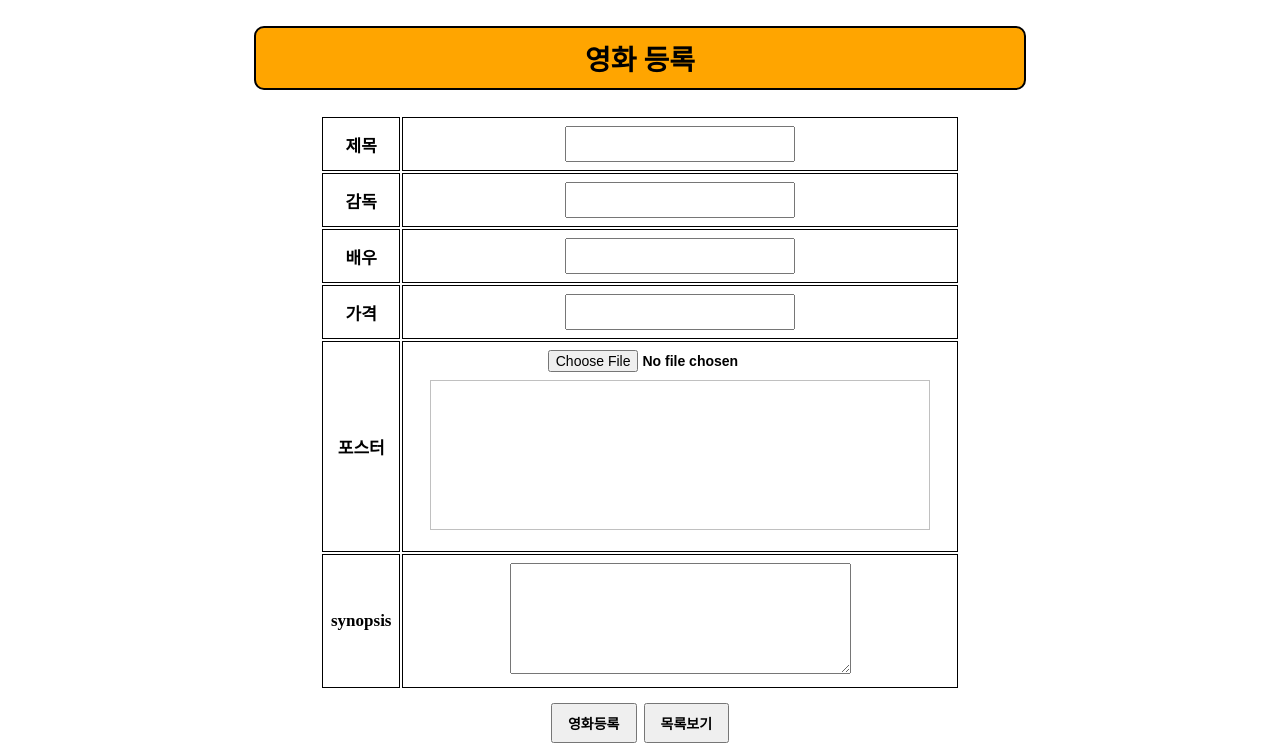
Repository: EverythingOfC/movie
Page: http://localhost/movie/movie/insert.jsp
An editor plug-in stored every save of this project. The page is shown before and after the next save, followed by the edit.
The browser window is 1280 px wide. The pictures show the whole page.
The page is served by Tomcat 9. Nobody is signed in. The application's start-up code is not run. Other server files are loaded and not shown.

Above is the page before, as saved 2023-01-03 03:19:17.

### movie/src/main/webapp/movie/insert.jsp
<%@ page language="java" contentType="text/html; charset=UTF-8"
    pageEncoding="UTF-8"%>
<%@ taglib prefix="c" uri="http://java.sun.com/jsp/jstl/core" %>
<!DOCTYPE html>
<html>
<head>
<meta charset="UTF-8">
<title>Insert title here</title>
<link rel="stylesheet" type="text/css" href="../css/movie.css">
</head>
<body>

<div class = "title">
	<h1> 영화 등록 </h1>
</div>

<div class = "insert">

<form action="ms?command=insert" method="post" enctype="multipart/form-data">
		<!--  Http의 바디부분에 데이터를 여러 부분으로 나누어서 전송함 -->

	<input type="hidden" name="id" value="${member.id }">
	<table>
		<tr>
		<th>제목</th>
		<td><input type="text" name="title"></td>
		</tr>

		<tr>
		<th>감독</th>
		<td><input type="text" name="director"></td>
		</tr>

		<tr>
		<th>배우</th>
		<td><input type="text" name="actor"></td>
		</tr>

		<tr>
		<th>가격</th>
		<td><input type="number" name="price"></td>
		</tr>

		<tr>
		<th>포스터</th>
		<td><div><input type="file" name="poster" onchange="readURL(this);" style="padding:0; text-align:center;">
		<img style="width:500px; height:150px; " id="preview"/></div></td>
		</tr>


		<tr>
		<th>synopsis</th>
		<td><textarea rows="7" cols="40" name="synopsis">

		</textarea></td>
		</tr>

	</table>

	<div class="i_button">
		<input type="submit" value="영화등록">&nbsp;
		<input type="button" onclick="location.href='ms?command=list'" value="목록보기">
	</div>
	</form>
</div>
<script>
	function readURL(input) {
	  if (input.files && input.files[0]) {
	    var reader = new FileReader();
	    reader.onload = function(e) {
	      document.getElementById('preview').src = e.target.result;
	    };
	    reader.readAsDataURL(input.files[0]);
	  } else {
	    document.getElementById('preview').src = "";
	  }
	}
</script>
</body>
</html>

### movie/src/main/webapp/css/movie.css
@charset "UTF-8";

*{
	margin: 0 auto;
}
body{
	font-size:14px;
}
img{
	border:0;
}
a{
	text-decoration:none;
	color:black;
}
a:hover{
	font-weight:bold;
}
li{
	list-style: none;
}

.title{
	margin:2vw auto;
	text-align:center;
	border:2px solid black;
	border-radius:10px;
	background:orange;
	width:60%;
	padding:10px 0;
}
.main table{
	width:80%;
}
.main td,.main th{
	padding:10px;
	border:1px solid black;
	border-collapse: collapse;
}

.insert table td{
	text-align:center;
}
.insert table td input, .i_button input, .insert table td img{
	padding:8px 15px;
	font-weight:bold;
	font-size:14px;
}
.insert table{
	width:50%;
	font-size:17px;
}
.insert td,.insert th{
	padding:8px;
	border:1px solid black;
	border-collapse: collapse;
}
.i_button{
	margin-top:1vw;
	width:50%;
	text-align:center;
}


.login table td{
	text-align:center;
}
.login table td input, .l_button input{
	padding:11px 15px;
	font-weight:bold;
	font-size:14px;
}
.login table{
	width:50%;
	font-size:17px;
}
.login td,.login th{
	padding:8px;
	border:1px solid black;
	border-collapse: collapse;
}
.l_button{
	margin-top:2vw;
	width:50%;
	text-align:center;
}



.sign table td{
	text-align:center;
}

.sign table td label{
	display:inline-block;
	padding:8px 15px;
	font-size:14px;
 }
.sign table td input, .s_button input{
	padding:8px 15px;
	font-weight:bold;
	font-size:14px;
}
.sign table{
	width:50%;
	font-size:17px;
}
.sign td,.sign th{
	padding:8px;
	border:1px solid black;
	border-collapse: collapse;
}
.s_button{
	margin-top:2vw;
	width:50%;
	text-align:center;
}


.update table td{
	text-align:center;
}
.update table td input, .u_button input, .update table td img{
	padding:8px 15px;
	font-weight:bold;
	font-size:14px;
}
.update table{
	width:50%;
	font-size:17px;
}
.update td,.update th{
	padding:8px;
	border:1px solid black;
	border-collapse: collapse;
}
.u_button{
	margin-top:1vw;
	width:50%;
	text-align:center;
}


.view table td{
	text-align:center;
}
.view table td input, .v_button input, .view table td img{
	padding:8px 15px;
	font-weight:bold;
	font-size:14px;
}
.view table{
	width:50%;
	font-size:17px;
}
.view td,.view th{
	padding:8px;
	border:1px solid black;
	border-collapse: collapse;
}
.v_button{
	margin-top:1vw;
	width:50%;
	text-align:center;
}

.page,.pagination{
	width:70%;
	margin-top:2vw;
	text-align:center;
}
.pagination{
	margin-top:3vw;
}

After the next save:
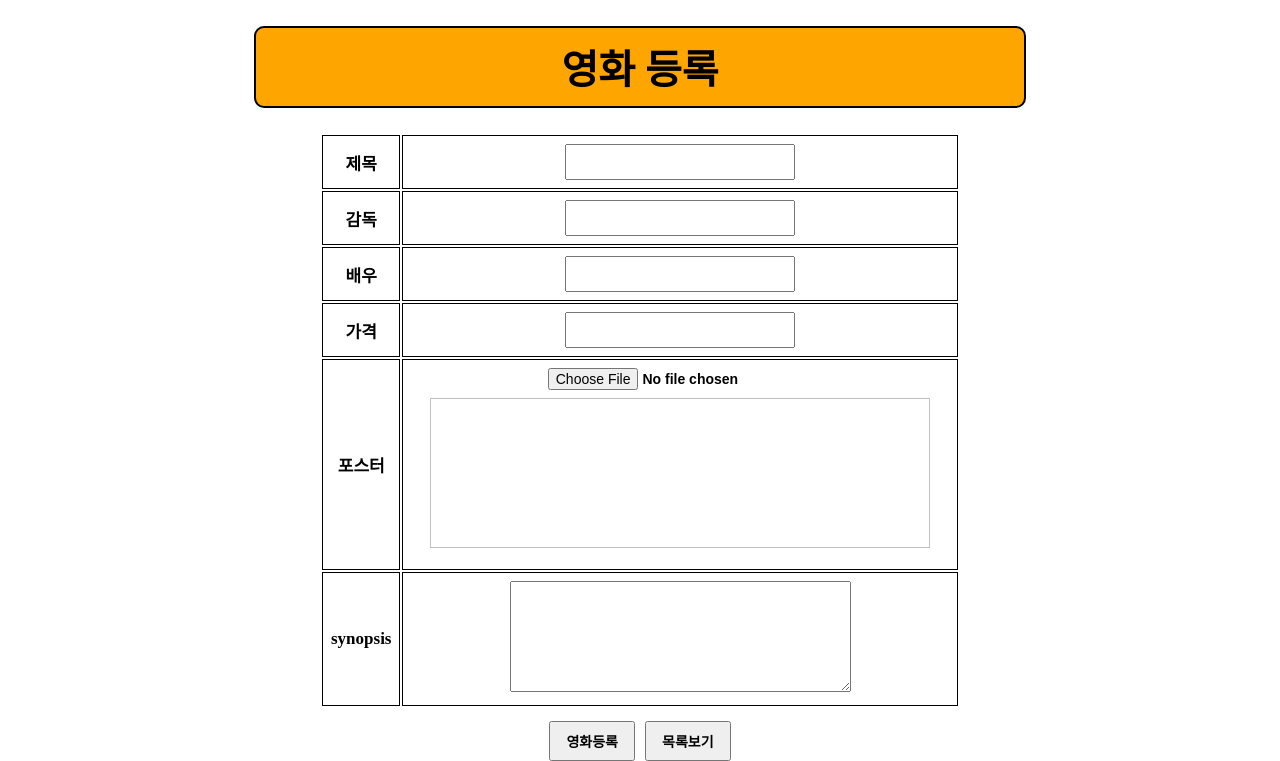
Saved 4 s later.
--- a/movie/src/main/webapp/css/movie.css
+++ b/movie/src/main/webapp/css/movie.css
@@ -4,7 +4,7 @@
 	margin: 0 auto;
 }
 body{
-	font-size:14px;
+	font-size:20px;
 }
 img{
 	border:0;
